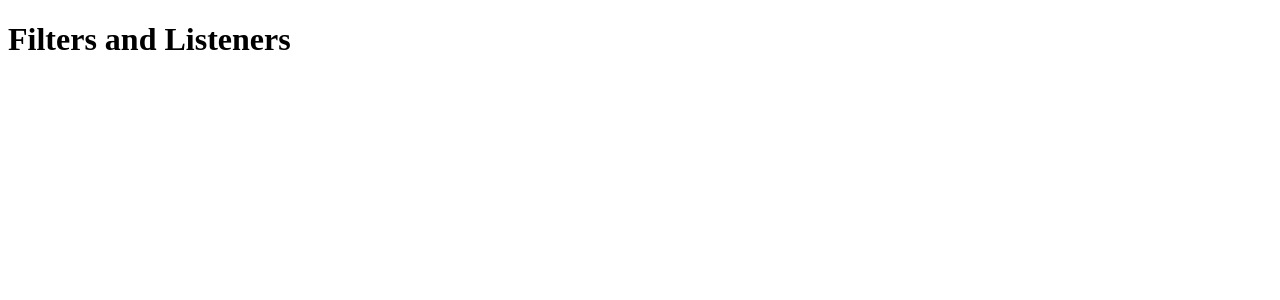
Repository: vinaykn1988/f
Page: http://localhost/15_Filters_and_Listners/
The author's editor kept a copy of each file at every save. The page is drawn from the files as they stood at one save, then again after the next save.
The browser window is 1280 px wide. The pictures show the whole page.
The page is served by Tomcat 9. Other server files are loaded and not shown.

Above is the page before, as saved 2015-10-19 04:28:38.

### full/CoreJava/15 Filters and Listners/WebContent/index.jsp
<%@ page language="java" contentType="text/html; charset=ISO-8859-1"
    pageEncoding="ISO-8859-1"%>
<!DOCTYPE html PUBLIC "-//W3C//DTD HTML 4.01 Transitional//EN" "http://www.w3.org/TR/html4/loose.dtd">
<html>
<head>
<meta http-equiv="Content-Type" content="text/html; charset=ISO-8859-1">
<title>Homepage</title>
</head>
<body>
<h1>Filters and Listeners</h1>
</body>
</html>

After the next save:
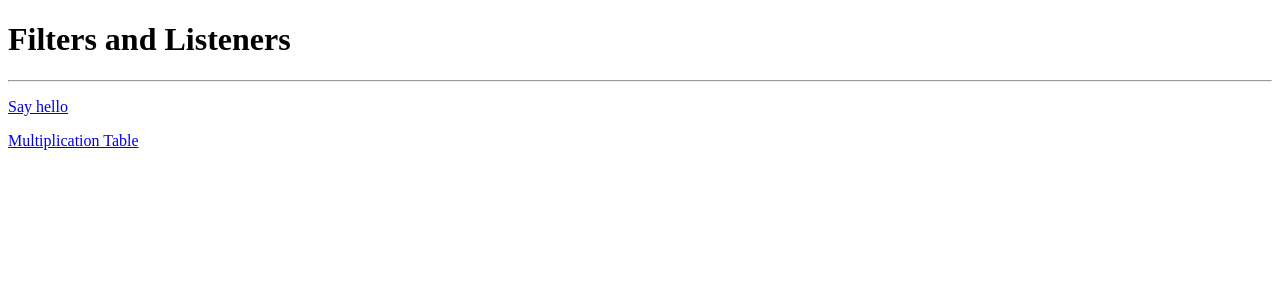
Saved 72 s later.
--- a/full/CoreJava/15 Filters and Listners/WebContent/index.jsp
+++ b/full/CoreJava/15 Filters and Listners/WebContent/index.jsp
@@ -8,5 +8,17 @@
 </head>
 <body>
 <h1>Filters and Listeners</h1>
+<hr />
+
+<p>
+
+<a href="hello.jsp"> Say hello</a>
+</p>
+
+<p>
+
+<a href="table.jsp">Multiplication Table</a>
+</p>
+
 </body>
 </html>
